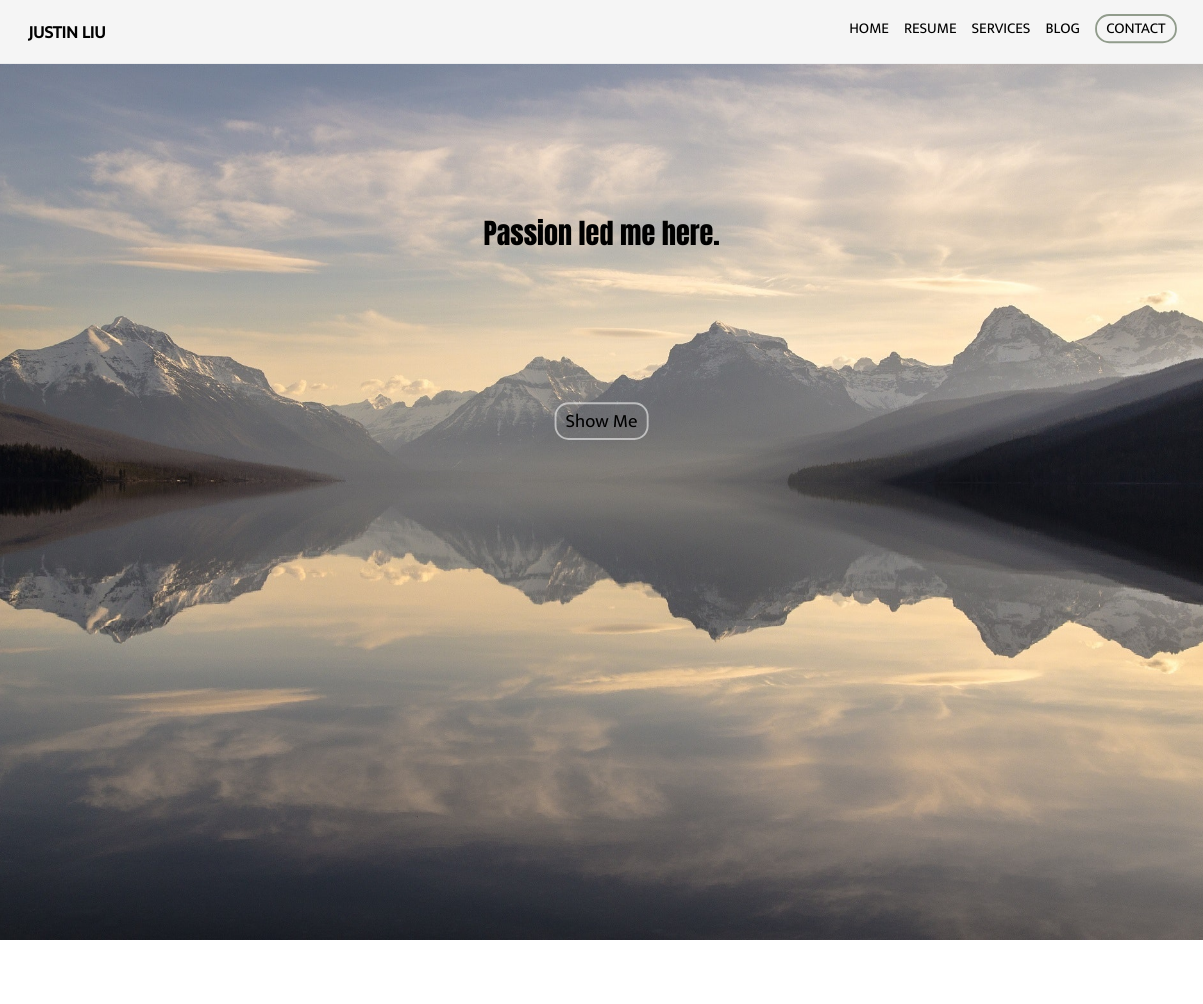
Repository: justinliu88/personal-projects
Page: index.html
These files come from the project's save history. The page is drawn as it stood at one moment and after the next save; the edit follows.
The browser window is 1280 px wide. The pictures show the whole page, at 94% of full size.
Some web libraries are served in a nearby version. The style sheet was rebuilt from its Sass, Less or Tailwind sources for each picture, by a compiler version that may differ from the author's.

Above is the page before, as saved 2020-03-17 12:20:29.

### index.html
<!DOCTYPE html>
<html lang="en">

<head>
    <meta charset="UTF-8">
    <meta name="viewport" content="width=device-width, initial-scale=1.0">
    <title>Personal Website</title>
    <link rel="stylesheet" href="main.css" type="text/css">
    <link rel="stylesheet" href="https://fonts.googleapis.com/css?family=Mukta&display=swap">
    <link rel="stylesheet" href="https://fonts.googleapis.com/css?family=Anton&display=swap">
    <script src="http://ajax.googleapis.com/ajax/libs/jquery/1.7.1/jquery.min.js" type="text/javascript"></script>
    <script src="./main.js"></script>
</head>

<body>
    <nav class="container-navbar">
        <h3 class="container-navbar__name">JUSTIN LIU</h3>
        <ul class="container-navbar__options">
            <li class="container-navbar__options__buttons">
                <a class="container-navbar__options__link" href="#">HOME</a>
            </li>
            <li class="container-navbar__options__buttons">
                <a class="container-navbar__options__link" href="#">RESUME</a>
            </li>
            <li class="container-navbar__options__buttons">
                <a class="container-navbar__options__link" href="#">SERVICES</a>
            </li>
            <li class="container-navbar__options__buttons">
                <a class="container-navbar__options__link" href="#">BLOG</a>
            </li>
            <li class="container-navbar__options__buttons">
                <a id="contactLink" class="container-navbar__options__link" href="#">CONTACT</a>
            </li>
        </ul>
    </nav>

    <div class="container-slogan">
        <p class="container-slogan__content">
            Passion led me here.
        </p>
        <div class="container-slogan__button from-top">
            <button type="button">Show Me</button>
        </div>
    </div>



</body>

</html>

### main.scss
body {
    margin: 0px;
    background-image: url("./img/website-background.jpg");
    height: 1000px;
    background-position: center;
    background-repeat: no-repeat;
    background-size: cover;
}

.container-navbar {
    width: auto;
    display: flex;
    flex-direction: row;
    justify-content: space-between;
    background-color: whitesmoke;
    &__name {
        font-family: Mukta;
        font-size: bold;
        text-align: center;
        align-items: center;
        padding-left: 30px;
    }
    &__options {
        height: 60px;
        display: flex;
        flex-direction: row;
        list-style: none;
        justify-content: flex-end;
        align-items: center;
        margin: 0px;
        padding-right: 20px;
        &__buttons {
            align-items: center;
            text-align: center;
            padding: 8px;
        }
        &__link {
            font-family: Mukta;
            font-size: bold;
            text-decoration: none;
            transition: all 0.1s ease 0s;
            color: black;
            &:hover {
                color: #919c8c;
                border-bottom: 3px solid #919c8c;
            }
        }
        #contactLink {
            border: 2px solid #919c8c;
            border-radius: 15px;
            padding-left: 10px;
            padding-right: 10px;
        }
    }
}

.container-slogan {
    display: flex;
    flex-direction: column;
    justify-content: top;
    align-items: center;
    height: 100%;
    width: 100%;
    &__content {
        font-family: Anton;
        font-size: 30px;
        height: 300px;
        width: 300px;
        display: flex;
        justify-content: center;
        align-items: center;
    }
    &__button button {
        font-family: Mukta;
        font-size: 20px;
        background-color: Transparent;
        background-repeat: no-repeat;
        border: 2px solid rgba(255, 255, 255, 0.548);
        border-radius: 15px;
        padding-left: 10px;
        padding-right: 10px;
        cursor: pointer;
        overflow: hidden;
        outline: white;
    }
}

Loaded but not shown: main.js (no stored copy; drawn as an empty file)

After the next save:
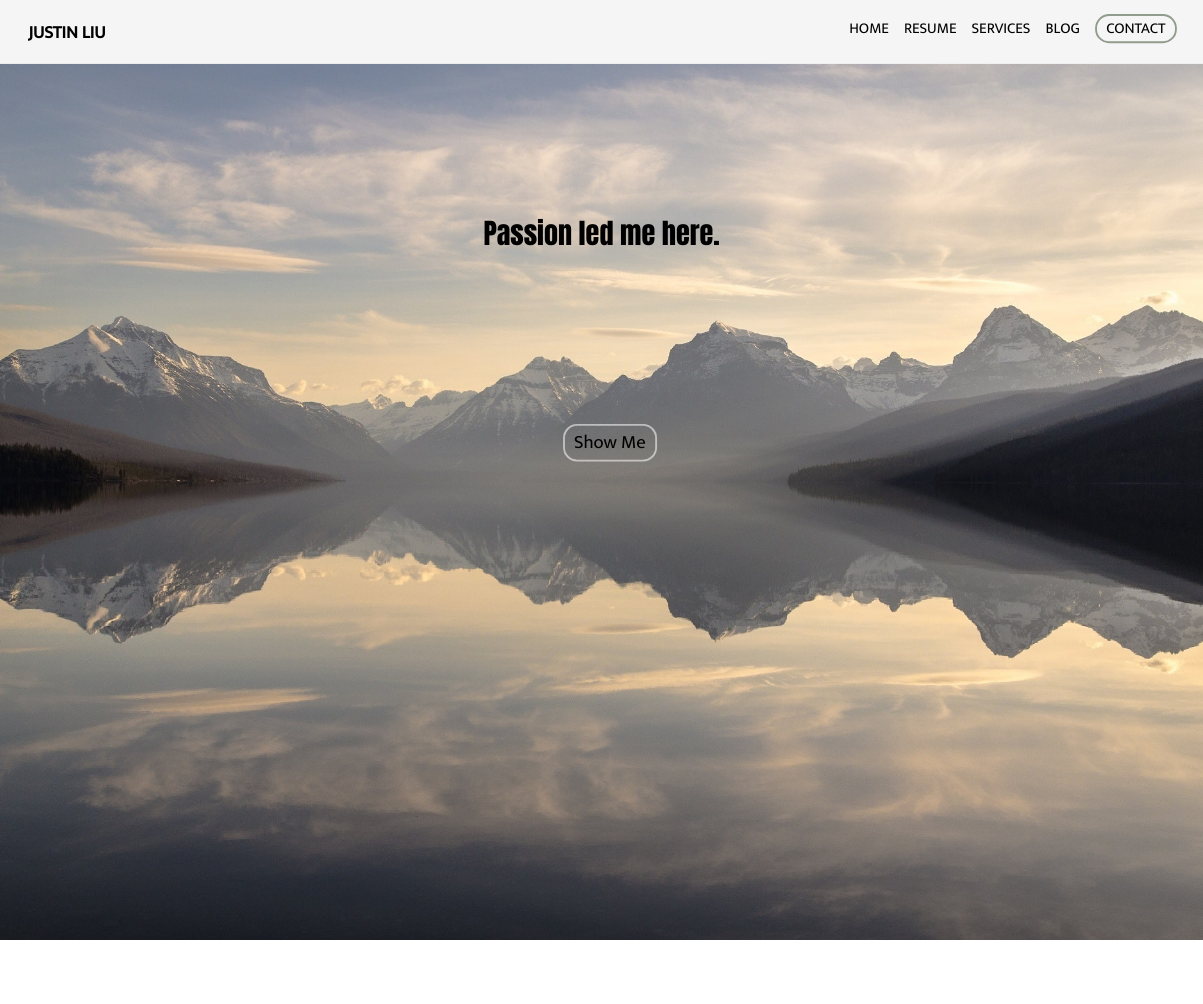
Saved 34 s later.
--- a/main.scss
+++ b/main.scss
@@ -84,3 +84,58 @@ body {
         outline: white;
     }
 }
+
+.container-slogan__button {
+    position: relative;
+    padding: 1.4rem 4.2rem;
+    padding-right: 3.1rem;
+    font-size: 1.4rem;
+    color: var(--inv);
+    letter-spacing: 1.1rem;
+    text-transform: uppercase;
+    transition: all 600ms cubic-bezier(0.77, 0, 0.175, 1);
+    cursor: pointer;
+    user-select: none;
+    &:before,
+    &:after {
+        content: '';
+        position: absolute;
+        transition: inherit;
+        z-index: -1;
+    }
+    &:hover {
+        color: var(--def);
+        transition-delay: .6s;
+    }
+    &:hover:before {
+        transition-delay: 0s;
+    }
+    &:hover:before {
+        background: var(--inv);
+        transition-delay: .4s;
+    }
+}
+
+.from-top:before,
+.from-top:after {
+    left: 0;
+    height: 0;
+    width: 100%;
+}
+
+.from-top:before {
+    bottom: 0;
+    border: 1px solid var(--inv);
+    border-top: 0;
+    border-bottom: 0;
+}
+
+.from-top:after {
+    top: 0;
+    height: 0;
+}
+
+.from-top:hover:before,
+.from-top:hover:after {
+    height: 100%;
+}
